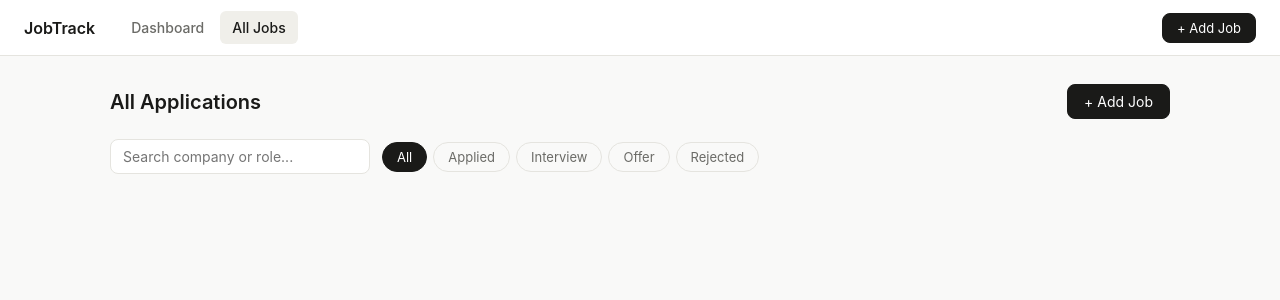
Repository: adtm0/jobtracker
Page: /jobs (app in frontend/)
These files come from the project's save history. The page is drawn as it stood at one moment and after a run of saves; the edit follows.
The browser window is 1280 px wide. The pictures show the whole page.
The project was rebuilt for these pictures with package versions that can differ from the ones it lists, and the page was loaded fresh each time. Also part of the build but not shown: frontend/vite.config.js, frontend/src/pages/Login.jsx, frontend/src/pages/Register.jsx, frontend/src/pages/Dashboard.jsx, frontend/src/pages/JobForm.jsx.

Above is the page before, as saved 2026-04-19 20:16:21.

After the next 3 saves:
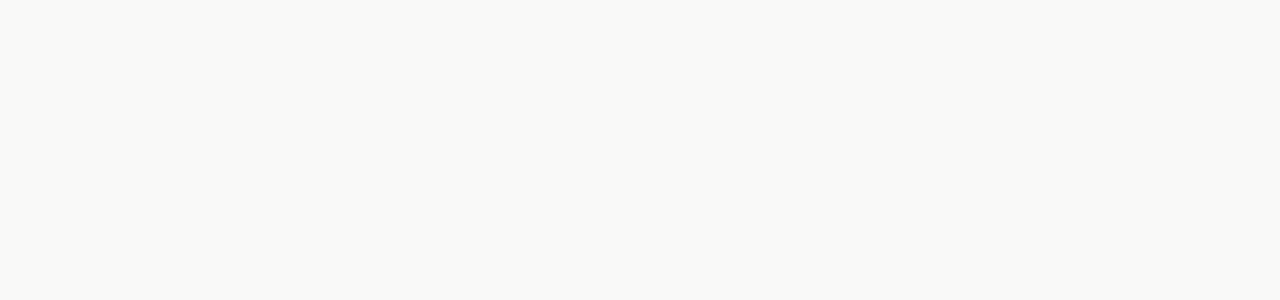
Console error (its wording comes from the project's code and is left out).
The 3 saves are shown as one change because they came seconds apart.
The last was saved 18 s later.
--- a/frontend/src/pages/Jobs.jsx
+++ b/frontend/src/pages/Jobs.jsx
@@ -64,6 +64,8 @@
           ))}
         </div>
       </div>
+
+      {{/*  */}}
     </div>
   )
 }

After the 2 saves that followed:
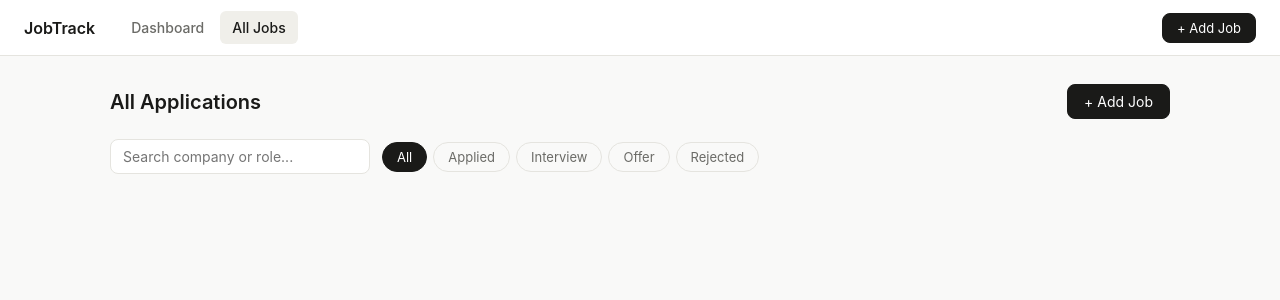
The error is gone.
The 2 saves are shown as one change because they came seconds apart.
The last was saved 5 s later.
--- a/frontend/src/pages/Jobs.jsx
+++ b/frontend/src/pages/Jobs.jsx
@@ -65,7 +65,7 @@
         </div>
       </div>
 
-      {{/*  */}}
+      {/*  */}
     </div>
   )
 }
